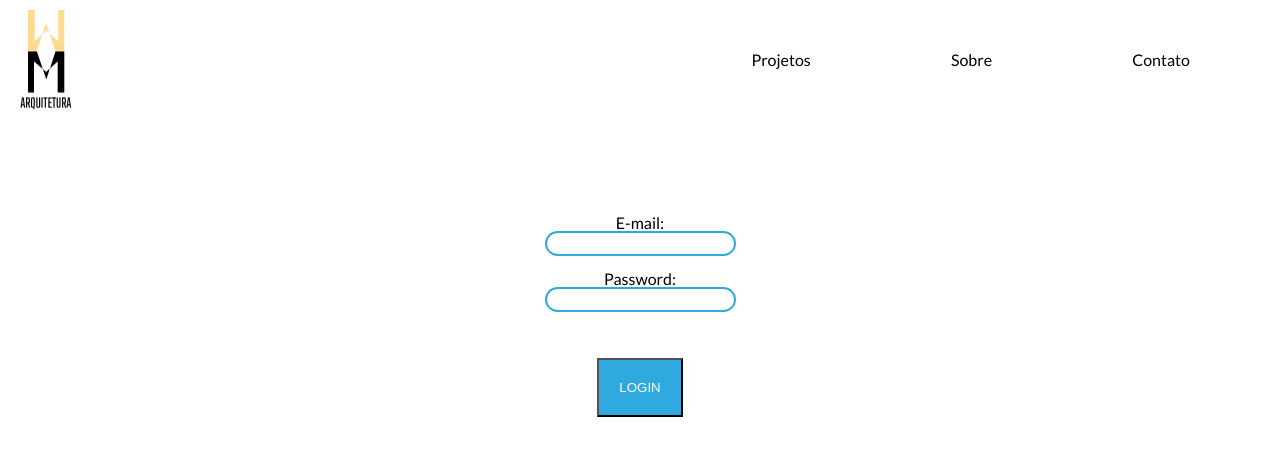
Repository: Luandro-com/wmedeiros
Page: /login
These files come from the project's save history. The page is drawn as it stood at one moment and after the next save; the edit follows.
The browser window is 1280 px wide. The pictures show the whole page.
The project was rebuilt for these pictures with package versions that can differ from the ones it lists, and the page was loaded fresh each time. Also part of the build but not shown: src/components/App.css, src/components/Projects.css, src/components/Projects.js, src/components/About.js, src/components/Contact.js.

Above is the page before, as saved 2018-02-07 16:35:29.

### public/index.html
<!DOCTYPE html>
<html lang="pt-br">
  <head>
    <meta charset="utf-8">
    <meta name="viewport" content="width=device-width, initial-scale=1, shrink-to-fit=no">
    <meta name="theme-color" content="#000000">
    <!--
      manifest.json provides metadata used when your web app is added to the
      homescreen on Android. See https://developers.google.com/web/fundamentals/engage-and-retain/web-app-manifest/
    -->
    <link rel="manifest" href="%PUBLIC_URL%/manifest.json">
    <link rel="shortcut icon" href="%PUBLIC_URL%/favicon.ico">
    <!--
      Notice the use of %PUBLIC_URL% in the tags above.
      It will be replaced with the URL of the `public` folder during the build.
      Only files inside the `public` folder can be referenced from the HTML.

      Unlike "/favicon.ico" or "favicon.ico", "%PUBLIC_URL%/favicon.ico" will
      work correctly both with client-side routing and a non-root public URL.
      Learn how to configure a non-root public URL by running `npm run build`.
    -->
    <title>Wesley Medeiros Arquitetura</title>
  </head>
  <body>
    <noscript>
      Você precisa estar rodando Javascript para acessar :(
    </noscript>
    <div id="root"></div>
    <!--
      This HTML file is a template.
      If you open it directly in the browser, you will see an empty page.

      You can add webfonts, meta tags, or analytics to this file.
      The build step will place the bundled scripts into the <body> tag.

      To begin the development, run `npm start` or `yarn start`.
      To create a production bundle, use `npm run build` or `yarn build`.
    -->
  </body>
</html>

### src/index.js
import React from 'react';
import ReactDOM from 'react-dom';
import firebase from 'firebase';
import './reset.css';
import './index.css';
import "typeface-lato";
import App from './components/App';
import registerServiceWorker from './registerServiceWorker';
const config = {
  apiKey: "AIzaSyAb3xJVNG-hd2F59HAXRRF4DvenRQsNYII",
  authDomain: "wmarquitetura-b9781.firebaseapp.com",
  databaseURL: "https://wmarquitetura-b9781.firebaseio.com",
  projectId: "wmarquitetura-b9781",
  storageBucket: "",
  messagingSenderId: "888983865049"
};
firebase.initializeApp(config);

ReactDOM.render(<App />, document.getElementById('root'));
registerServiceWorker();

### src/index.css
body {
  font-family: 'Lato', sans-serif
}
a {
  color: #000;
  text-decoration: none;
}

### src/components/App.js
import React from 'react'
import {
  BrowserRouter as Router,
  Route,
  Switch
} from 'react-router-dom'
import './App.css';
import Header from './Header'
import Projects from './Projects'
import About from './About'
import Contact from './Contact'
import Login from './Login'

const App = ({ location }) => (
  <Router>
    <div className="App-container">
      <Header />
      <Route
        render={({ location }) => (
            <Switch location={location}>
              <Route exact path="/" component={Projects}/>
              <Route path="/sobre" component={About}/>
              <Route path="/contato" component={Contact}/>
              <Route path="/login" component={Login}/>
            </Switch>
        )}
      />
    </div>
  </Router>
)
export default App

### src/components/Header.js
import React, { Component} from 'react';
import { NavLink } from 'react-router-dom';
import { withRouter } from 'react-router';
import './Header.css';
import Logo from '../logo.png';
import Menu from '../menu.svg';
import Close from '../close.svg';

const Links = ({ className, close }) => (
  <div className={className}>
    <NavLink activeClassName="Header-nav-active" onClick={close} exact to="/">Projetos</NavLink>
    <NavLink activeClassName="Header-nav-active" onClick={close} to="/sobre">Sobre</NavLink>
    <NavLink activeClassName="Header-nav-active" onClick={close} to="/contato">Contato</NavLink>
  </div>
)

 class Header extends Component {
  constructor (props) {
    super(props)
    this.state = {
      modalOpen: false
    }
  }

  componentWillReceiveProps(nextProps) {
    if (nextProps.history.action === "PUSH") {
      this.handleClose();
    }
  }

  handleOpen = () => {
    this.setState({
      modalOpen: true
    })
  }

  handleClose = () => {
    this.setState({
      modalOpen: false
    })
  }

  render () {
    return (
      <div className="Header-container">
        <div className="Header-modal" style={ this.state.modalOpen ? { display: 'flex' } : { display: 'none' }}>
          <div onClick={this.handleClose} className="Header-modal-button">
            <img src={Close} alt="close" />
          </div>
          <br />
          <Links className="Header-modal-body" />
        </div>
        <header className="Header" style={ !this.state.modalOpen ? { display: 'flex' } : { display: 'none' }}>
          <div className="Header-logo">
            <img src={ Logo } alt="Wesley Medeiros Arquitetura" />
          </div>
          <div onClick={this.handleOpen} className="Header-button">
            <img src={Menu} alt="menu" />
          </div>
          <Links className="Header-nav" close={this.handleClose} />
        </header>
      </div>
    );
  }
}

export default withRouter(Header);

### src/components/Login.js
import React, { Component } from 'react';
// import firebase from 'firebase';
import './Login.css';

export default class extends Component {
  constructor(props) {
    super(props)
    this.state = {
      email: 'your@email.com',
      password: ''
    }
  }

  handleSubmit = (info) => {
    console.log('Form', info)
    // const cred = firebase.auth.EmailAuthProvider.credential(
    //   email,
    //   password
    // );
  }

  render() {
    const { email, password } = this.props
    return (
      <div className="Login">
        <form onSubmit={this.handleSubmit}>
          <div>
            <h3>E-mail:</h3>
            <input type="email" onChange={(input) => this.setState({ email: input })} value={email} />
          </div>
          <div>
            <h3>Password:</h3>
            <input type="password" onChange={(input) => this.setState({ password: input })} value={password} />
          </div>
          <br />
          <button type="submit" value="Submit">
            Login
          </button>
        </form>
      </div>
    );
  }
}

### src/components/Header.css
.Header-container {
}

.Header {
  display: flex;
  justify-content: space-around;
  align-items: center;
  padding: 10px 20px;
}

.Header-logo {
  height: 100px;
  width: 80%;
}

.Header-logo img {
  height: 100px;
  width: 52px;
}

.Header-button {
  position: fixed;
  top: 20px;
  right: 20px;
  background: #fff;
  padding: 5px;
  border-radius: 15%;
}

.Header-button img, .Header-modal-button img {
  width: 25px;
  height: 25px;
}

.Header-nav {
  display: none;
}

.Header-nav-active {
  color: #F6B352;
}

.Header-modal {
  width: 100%;
  height: 100vh;
  background: rgba(0,0,0,0.85);
  overflow-y: hidden;
  overflow-x: auto;
  position: fixed;
  top: 0;
  left: 0;
}

.Header-modal-button {
  position: fixed;
  top: 20px;
  right: 20px;
}

.Header-modal-body {
  display: flex;
  flex-direction: column;
  padding: 100px 0 0;
  text-align: center;
  margin: 0 auto;
}

.Header-modal-body a {
  color: #fff;
  text-align: center;
  font-size: 2.5em;
  padding: 10% 0;
  text-transform: uppercase;
}

.Header-modal-open {
  display: flex;
}

.Header-modal-closed {
  display: none;
}

@media screen and (min-width: 720px) {
  .Header-button {
    display: none;
  }
  .Header-nav {
    width: 70%;
    display: flex;
    justify-content: space-around;
    align-items: center;
  }
}

### src/components/Login.css
.Login {
  width: 80%;
  margin: 0 auto;
  text-align: center;
  padding-top: 80px;
}

.Login form > * {
  margin: 15px 0;
}

.Login input {
  border: 2px solid #30A9DE;
  padding: 3px 5px;
  border-radius: 15px;
}

.Login button {
  padding: 20px;
  background: #30A9DE;
  color: #fff;
  text-align: center;
  text-transform: uppercase;
}

Loaded but not shown: src/reset.css (common file); src/registerServiceWorker.js (common file)

After the next save:
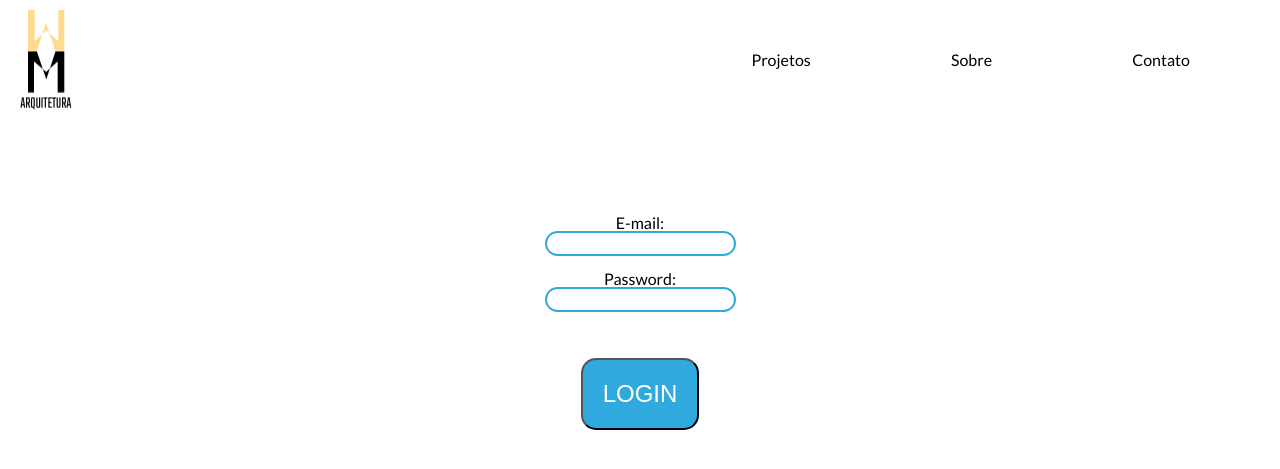
Saved 26 s later.
--- a/src/components/Login.css
+++ b/src/components/Login.css
@@ -21,4 +21,6 @@
   color: #fff;
   text-align: center;
   text-transform: uppercase;
+  font-size: 1.5em;
+  border-radius: 15px;
 }
